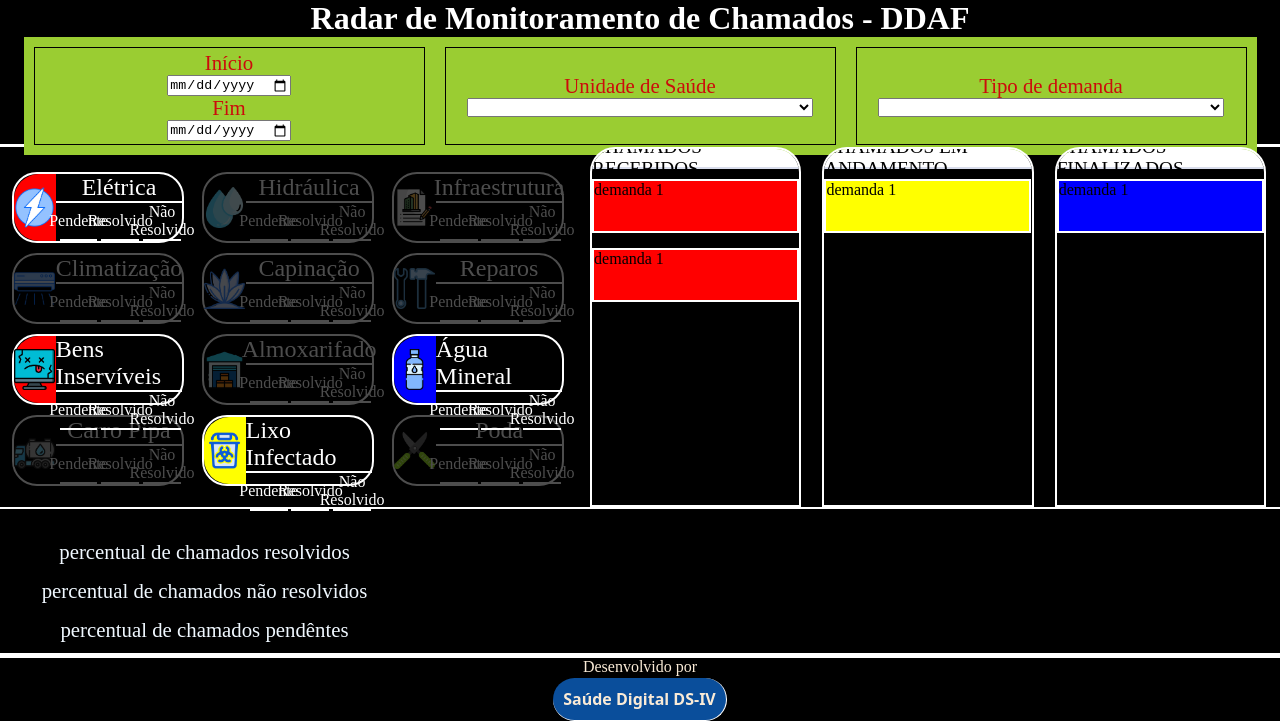
Repository: br-on/ddaf-chamados
Page: index.html
The author's editor kept a copy of each file at every save. The page is drawn from the files as they stood at one save, then again after the next save.
The browser window is 1280 px wide. The pictures show the whole page.

Above is the page before, as saved 2025-01-25 01:07:36.

### index.html
<!DOCTYPE html>
<html lang="pt-br">
<head>
    <meta charset="UTF-8">
    <meta name="viewport" content="width=device-width, initial-scale=1.0">
    <link rel="stylesheet" href="style.css">
    <title>Radar de Chamados</title>

</head>
<body>
    <header>
       <center><h1>Radar de Monitoramento de Chamados - DDAF</h1></center>
        <section class="filtros">
            <div class="opcao-filtro">
                <label for="">Início</label>
                <input type="date">
                <label for="">Fim</label>
                <input type="date">
            </div>
            <div class="opcao-filtro">
                <label for="">Unidade de Saúde</label>
                <select name="" id="">
                    <option value=""> </option>
                    <option value="">Unidade X</option>
                    <option value="">Unidade X</option>
                    <option value="">Unidade X</option>
                    <option value="">Unidade X</option>
                </select>
            </div>
            <div class="opcao-filtro">
                <label for="">Tipo de demanda</label>
                <select name="" id="">
                    <option value=""> </option>
                    <option value="">Demanda X</option>
                    <option value="">Demanda X</option>
                    <option value="">Demanda X</option>
                    <option value="">Demanda X</option>
                </select>
            </div>
        </section>
    </header>
    <main>
        <section class="tipos-demandas">
            <div class="demanda-tipo">
                <div class="img-tipo-demanda red">
                    <img src="img/tipo-demanda-eletrica.png" alt="">
                </div>
                <div class="info-tipo-demanda">
                    <div class="titulo-tipo-demanda">Elétrica</div>
                    <div class="contagem-tipo-demanda">
                        <div class="caixa-finalizado">Pendente</div>
                        <div class="caixa-finalizado">Resolvido</div>
                        <div class="caixa-finalizado"><center>Não Resolvido</center></div>
                    </div>
                </div>
            </div>
            <div class="demanda-tipo  div-opaca">
                <div class="img-tipo-demanda">
                    <img src="img/tipo-demanda-hidráulica.png" alt="">
                </div>
                <div class="info-tipo-demanda">
                    <div class="titulo-tipo-demanda">Hidráulica</div>
                    <div class="contagem-tipo-demanda">
                        <div class="caixa-finalizado">Pendente</div>
                        <div class="caixa-finalizado">Resolvido</div>
                        <div class="caixa-finalizado"><center>Não Resolvido</center></div>
                    </div>
                </div>
            </div>
            <div class="demanda-tipo div-opaca">
                <div class="img-tipo-demanda">
                    <img src="img/tipo-demanda-infraestrutura.png" alt="">
                </div>
                <div class="info-tipo-demanda">
                    <div class="titulo-tipo-demanda">Infraestrutura</div>
                    <div class="contagem-tipo-demanda">
                        <div class="caixa-finalizado">Pendente</div>
                        <div class="caixa-finalizado">Resolvido</div>
                        <div class="caixa-finalizado"><center>Não Resolvido</center></div>
                    </div>
                </div>
            </div>
            <div class="demanda-tipo div-opaca">
                <div class="img-tipo-demanda">
                    <img src="img/tipo-demanda-climatizacao.png" alt="">
                </div>
                <div class="info-tipo-demanda">
                    <div class="titulo-tipo-demanda">Climatização</div>
                    <div class="contagem-tipo-demanda">
                        <div class="caixa-finalizado">Pendente</div>
                        <div class="caixa-finalizado">Resolvido</div>
                        <div class="caixa-finalizado"><center>Não Resolvido</center></div>
                    </div>
                </div>
            </div>
            <div class="demanda-tipo div-opaca">
                <div class="img-tipo-demanda">
                    <img src="img/tipo-demanda-capinacao.png" alt="">
                </div>
                <div class="info-tipo-demanda">
                    <div class="titulo-tipo-demanda">Capinação</div>
                    <div class="contagem-tipo-demanda">
                        <div class="caixa-finalizado">Pendente</div>
                        <div class="caixa-finalizado">Resolvido</div>
                        <div class="caixa-finalizado"><center>Não Resolvido</center></div>
                    </div>
                </div>
            </div>
            <div class="demanda-tipo div-opaca">
                <div class="img-tipo-demanda">
                    <img src="img/tipo-demanda-reparos.png" alt="">
                </div>
                <div class="info-tipo-demanda">
                    <div class="titulo-tipo-demanda">Reparos</div>
                    <div class="contagem-tipo-demanda">
                        <div class="caixa-finalizado">Pendente</div>
                        <div class="caixa-finalizado">Resolvido</div>
                        <div class="caixa-finalizado"><center>Não Resolvido</center></div>
                    </div>
                </div>
            </div>
            <div class="demanda-tipo">
                <div class="img-tipo-demanda red">
                    <img src="img/tipo-demanda-inserviveis.png" alt="">
                </div>
                <div class="info-tipo-demanda">
                    <div class="titulo-tipo-demanda">Bens Inservíveis</div>
                    <div class="contagem-tipo-demanda">
                        <div class="caixa-finalizado">Pendente</div>
                        <div class="caixa-finalizado">Resolvido</div>
                        <div class="caixa-finalizado"><center>Não Resolvido</center></div>
                    </div>
                </div>
            </div>
            <div class="demanda-tipo div-opaca">
                <div class="img-tipo-demanda">
                    <img src="img/tipo-demanda-almoxarifado.png" alt="">
                </div>
                <div class="info-tipo-demanda">
                    <div class="titulo-tipo-demanda">Almoxarifado</div>
                    <div class="contagem-tipo-demanda">
                        <div class="caixa-finalizado">Pendente</div>
                        <div class="caixa-finalizado">Resolvido</div>
                        <div class="caixa-finalizado"><center>Não Resolvido</center></div>
                    </div>
                </div>
            </div>
            <div class="demanda-tipo">
                <div class="img-tipo-demanda blue">
                    <img src="img/tipo-demanda-agua-minireal.png" alt="">
                </div>
                <div class="info-tipo-demanda">
                    <div class="titulo-tipo-demanda">Água Mineral</div>
                    <div class="contagem-tipo-demanda">
                        <div class="caixa-finalizado">Pendente</div>
                        <div class="caixa-finalizado">Resolvido</div>
                        <div class="caixa-finalizado"><center>Não Resolvido</center></div>
                    </div>
                </div>
            </div>
            <div class="demanda-tipo div-opaca">
                <div class="img-tipo-demanda">
                    <img src="img/tipo-demanda-carro-pipa.png" alt="">
                </div>
                <div class="info-tipo-demanda">
                    <div class="titulo-tipo-demanda">Carro Pipa</div>
                    <div class="contagem-tipo-demanda">
                        <div class="caixa-finalizado">Pendente</div>
                        <div class="caixa-finalizado">Resolvido</div>
                        <div class="caixa-finalizado"><center>Não Resolvido</center></div>
                    </div>
                </div>
            </div>
            <div class="demanda-tipo">
                <div class="img-tipo-demanda yellow">
                    <img src="img/tipo-demanda-lixo-infectado.png" alt="">
                </div>
                <div class="info-tipo-demanda">
                    <div class="titulo-tipo-demanda">Lixo Infectado</div>
                    <div class="contagem-tipo-demanda">
                        <div class="caixa-finalizado">Pendente</div>
                        <div class="caixa-finalizado">Resolvido</div>
                        <div class="caixa-finalizado"><center>Não Resolvido</center></div>
                    </div>
                </div>
            </div>
            <div class="demanda-tipo div-opaca">
                <div class="img-tipo-demanda">
                    <img src="img/tipo-demanda-poda.png" alt="">
                </div>
                <div class="info-tipo-demanda">
                    <div class="titulo-tipo-demanda">Poda</div>
                    <div class="contagem-tipo-demanda">
                        <div class="caixa-finalizado">Pendente</div>
                        <div class="caixa-finalizado">Resolvido</div>
                        <div class="caixa-finalizado"><center>Não Resolvido</center></div>
                    </div>
                </div>
            </div>
        </section>
        <section class="andamento-demandas">
            <div class="demanda-andamento">
                <div class="titulo-andamento">CHAMADOS RECEBIDOS</div>
                <div class="area-andamento">
                    <div class="demanda red">
                        demanda 1
                    </div>
                    <div class="demanda red">
                        demanda 1
                    </div>
                </div>
            </div>
            <div class="demanda-andamento">
                <div class="titulo-andamento">CHAMADOS EM ANDAMENTO</div>
                <div class="area-andamento">
                    <div class="demanda yellow">
                        demanda 1
                    </div>
                </div>
            </div>
            <div class="demanda-andamento">
                <div class="titulo-andamento">CHAMADOS FINALIZADOS</div>
                <div class="area-andamento">
                    <div class="demanda blue">
                        demanda 1
                    </div>
                </div>
            </div>
        </section>
    </main>
    <section class="percentual">Relatório Geral
        <div class="relatorio-geral">
            percentual de chamados resolvidos
        </div>
        <div class="relatorio-geral">
            percentual de chamados não resolvidos
        </div>
        <div class="relatorio-geral">
            percentual de chamados pendêntes
        </div>
    </section>
    <footer> Desenvolvido por
        <div class="footer-sdds4">Saúde Digital DS-IV</div>
    </footer>
</body>
</html>

### style.css
* {
    margin: 0;
    padding: 0;
}
body {
    background-color: black;
    display: flex;
    height: 100vh;
    flex-direction: column;
}
header {
    height: 10vh;
    border-bottom: solid 3px white ;
    display: flex;
    flex-direction: column;
    align-items: center;
    justify-content: center;
}
header h1 {
    color: white;
    font-family:'Times New Roman', Times, serif
}
main {
    height: 70vh;
}
.percentual {
    height: 15vh;
    border-top: solid 2px white;
}
footer {
    height:5vh;
    display: flex;
    flex-direction: column;
    align-items: center;
    justify-content: center;
    color: antiquewhite;
    border-top: solid 5px white;
}
.filtros {
    display: flex;
}
.tipos-demandas {
    height: 45%;
    display: grid;
    justify-content: center;
    grid-template-columns: 30% 30% 30%;
    grid-template-rows: 22.5% 22.5% 22.5% 22.5%;
    column-gap: 3%;
}
.andamento-demandas {
    height: 55%;
    display: grid;
    justify-content: center;
    grid-template-columns: 30% 30% 30%;
    column-gap: 3%;
}

.demanda-tipo {
    border: solid rgb(255, 255, 255) 2px;
    border-radius: 25px;
    margin-top: 10px;
    display: flex;
}
.demanda-andamento{
    border: solid 2.5px rgb(255, 255, 255);
    border-top-left-radius: 25px;
    border-top-right-radius: 25px;
    display: flex;
    flex-direction: column;
    overflow-y: auto;
}
.titulo-andamento {
    display: flex;
    align-items: center;
    justify-content: center;
    border-bottom: solid 2px rgb(217, 221, 236);
    font-size: 1.2em;
    background-color: rgb(255, 255, 255);
    border-top-left-radius: 20px;
    border-top-right-radius: 20px;
    height: 5%;
}
.area-andamento {
    height: 95%;
    display: flex;
    flex-direction: column;
    overflow-y: auto;
    overflow-x: hidden;
    box-sizing: border-box;
    margin-top: 10px;
}
.demanda {
    background-color: brown;
    margin-bottom: 15px;
    min-height: 50px;
    border: solid 2px white;
    width: 98%;
}
.footer-sdds4{
    margin-top: 1.5px;
    background-color: rgb(10, 78, 155);
    border-radius: 30px;
    padding: 10px;
    font-family:system-ui, -apple-system, BlinkMacSystemFont, 'Segoe UI', Roboto, Oxygen, Ubuntu, Cantarell, 'Open Sans', 'Helvetica Neue', sans-serif;
    font-weight: bold;
    border-bottom: solid 1px white;
    border-right: solid 0.8px white;
}
.opcao-filtro, .relatorio-geral {
    color: aliceblue;
    font-size: 1.3em;
    margin: 10px;
    display: flex;
    align-items: center;
    justify-content: center;
    padding: 2.5px;
    display: flex;
    flex-direction: column;
    width: 30vw;
}
.opcao-filtro select {
    width: 90%;
}
.img-tipo-demanda {
    width: 25%;
    border-top-left-radius: 25px;
    border-bottom-left-radius: 25px;
    display: flex;
    align-items: center;
    justify-content: center;
}
.img-tipo-demanda img {
    max-height: 90%;
    max-width: 98%;
}
.info-tipo-demanda {
    color: white;
    width: 75%;
    border-top-right-radius: 25px;
    border-bottom-right-radius: 25px;
    display: flex;
    flex-direction: column;
}
.titulo-tipo-demanda {
    font-size: 1.5em;
    border-bottom: solid 2.5px white;
    display: flex;
    align-items: center;
    justify-content: center;
}
.contagem-tipo-demanda {
    display: flex;

}
.caixa-finalizado {
    display: flex;
    align-items: center;
    justify-content: center;
    width: 30%;
    margin-left: 3%;
    border-bottom: solid 2px white;
}

.red {
    background-color: red;
}
.yellow{
    background-color: yellow;
}
.blue {
    background-color: blue;
}
.div-opaca {
    opacity: 0.3; /* Define a opacidade da div (80%) */
}

/* Media Query para telas menores que 768px */
@media (max-width: 768px) {
    body {
        height: auto;
        width: 100vw;
    }
    header {
        font-size: 0.7em;
        height: 150px;
    }
    main {
        height: auto;
    }
    .andamento-demandas {
        display: grid;
        justify-content: center;
        grid-template-columns: 100%;
        grid-template-rows: auto;
        row-gap: 5px;
    }

    .percentual {
        font-size: 0.7em;
        height: 200px;
        border-top: solid 2px rgb(255, 255, 255);
    }
    footer {
        height:50px;
        padding: 5px;
        background-color: rgb(0, 0, 0);
        border-top: solid 5px white;
    }
    .tipos-demandas {
        height: 600px;
        font-size: 0.7em;
        display: grid;
        justify-content: center;
        grid-template-columns: 45% 45%;
        grid-template-rows: 15% 15% 15% 15% 15% 15%;
        row-gap: 10px;
    }
    .demanda-tipo {
        height: 75px;
    }
    .demanda-andamento{
        background-color: cadetblue;
        height: 250px;
        margin-bottom: 15px;
    }
}
@media (min-aspect-ratio: 3/2) {
    header {
        height: 20vh;
        border-bottom: solid 3px white ;
        display: flex;
        flex-direction: column;
        align-items: center;
        justify-content: flex-start;
    }
    .filtros {
        display: inline-flex;
        background-color: yellowgreen;
    }
    .opcao-filtro {
        color: rgb(204, 11, 11);
        font-size: 1.3em;
        display: flex;
        padding: 2.5px;
        border: solid 1px black;
    }
    .opcao-filtro select {
        width: 90%;
    }
    main {
        height: 50vh;
        display: flex;
        flex-direction: row;
    }
    .tipos-demandas {
        width: 45%;
        height: 100%;
        margin-top: 15px;
        display: grid;
        justify-content: center;
        grid-template-columns: 30% 30% 30%;
        grid-template-rows: 22.5% 22.5% 22.5% 22.5%;
        column-gap: 3%;
    }
    .andamento-demandas {
        width: 55%;
        height: 100%;
        display: grid;
        justify-content: center;
        grid-template-columns: 30% 30% 30%;
        column-gap: 3%;
    }
    .percentual {
        height: 20vh;
        border-top: solid 2px white;
    }
    footer {
        height: 10vh;
        display: flex;
        flex-direction: column;
        align-items: center;
        justify-content: center;
        color: antiquewhite;
        border-top: solid 5px white;
    }
}

After the next save:
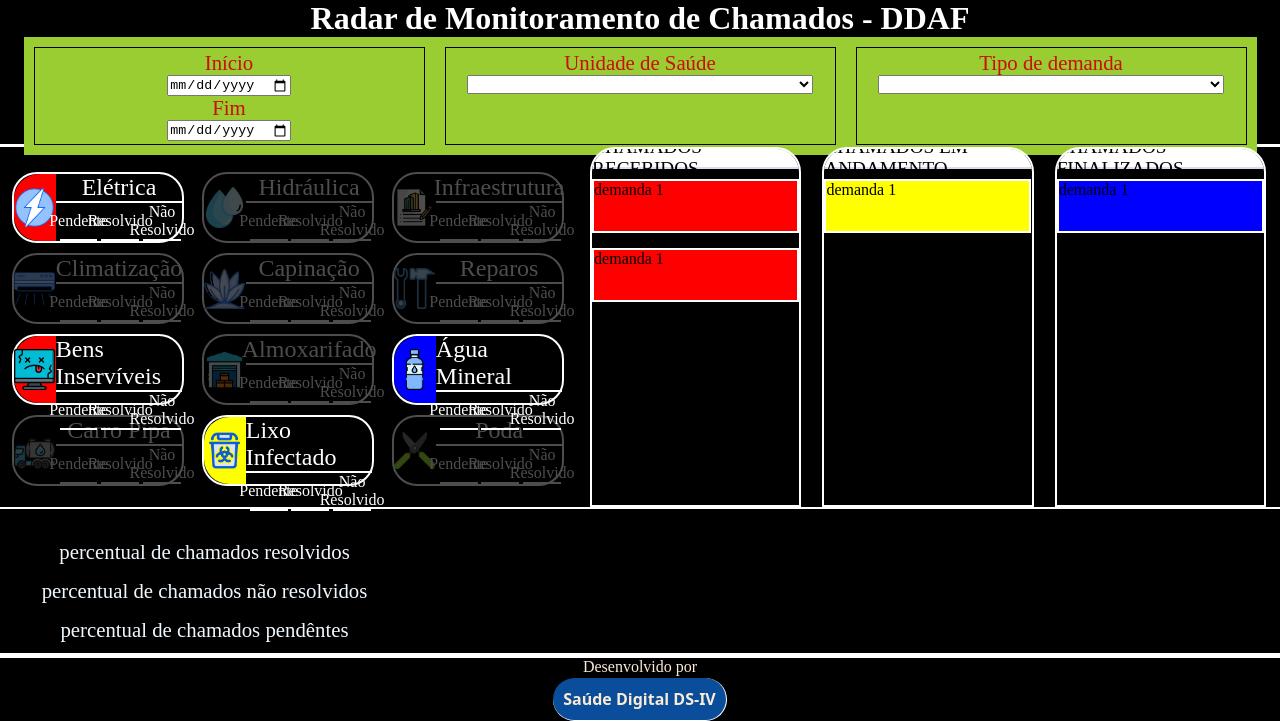
Saved 24 s later.
--- a/style.css
+++ b/style.css
@@ -241,6 +241,7 @@ footer {
         color: rgb(204, 11, 11);
         font-size: 1.3em;
         display: flex;
+        justify-content: flex-start;
         padding: 2.5px;
         border: solid 1px black;
     }
